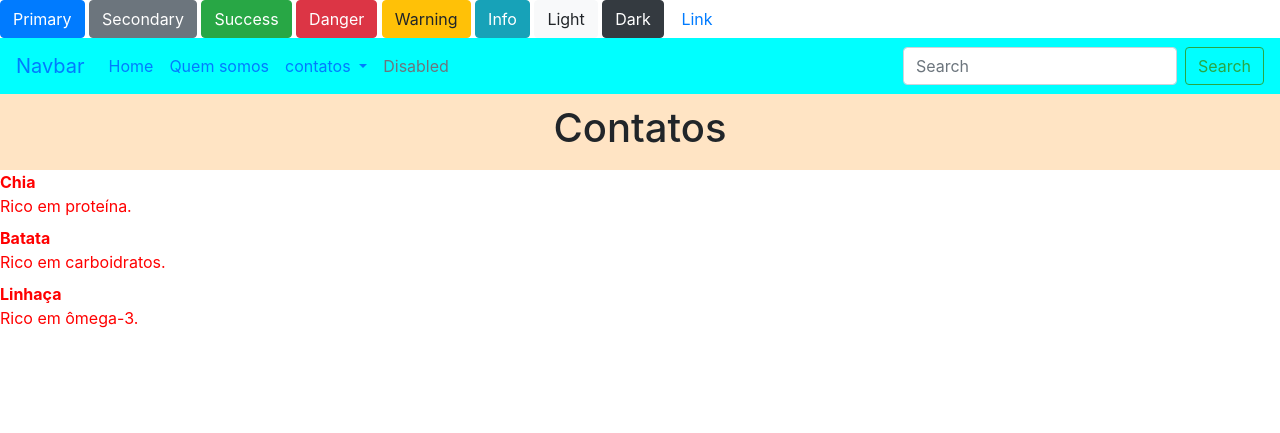
Repository: DaniloBaracho/bootstrap
Page: index.html
These files come from the project's save history. The page is drawn as it stood at one moment and after the next save; the edit follows.
The browser window is 1280 px wide. The pictures show the whole page.

Above is the page before, as saved 2020-05-31 17:38:26.

### index.html
<!DOCTYPE html>
<html lang="pt-br">
    <head>
        <meta charset="utf-8">
        <title>
            Usando bootstrap
        </title>
        <link rel="stylesheet", type="text/css", href="bootstrap/css/bootstrap.min.css">
        <link rel="stylesheet", type="text/css", href="css/style.css">
    </head>
    <body>
        <button type="button" class="btn btn-primary">Primary</button>
        <button type="button" class="btn btn-secondary">Secondary</button>
        <button type="button" class="btn btn-success">Success</button>
        <button type="button" class="btn btn-danger">Danger</button>
        <button type="button" class="btn btn-warning">Warning</button>
        <button type="button" class="btn btn-info">Info</button>
        <button type="button" class="btn btn-light">Light</button>
        <button type="button" class="btn btn-dark">Dark</button>
        <button type="button" class="btn btn-link">Link</button>
        <nav class="navbar navbar-expand-lg">
            <a class="navbar-brand" href="#">Navbar</a>
            <button class="navbar-toggler" type="button" data-toggle="collapse" data-target="#navbarSupportedContent" aria-controls="navbarSupportedContent" aria-expanded="false" aria-label="Toggle navigation">
              <span class="navbar-toggler-icon"></span>
            </button>

            <div class="collapse navbar-collapse" id="navbarSupportedContent">
              <ul class="navbar-nav mr-auto">
                <li class="nav-item active">
                  <a class="nav-link" href="#">Home <span class="sr-only">(current)</span></a>
                </li>
                <li class="nav-item">
                  <a class="nav-link" href="#">Quem somos</a>
                </li>
                <li class="nav-item dropdown">
                  <a class="nav-link dropdown-toggle" href="contatos" id="navbarDropdown" role="button" data-toggle="dropdown" aria-haspopup="true" aria-expanded="false">
                    contatos
                  </a>
                  <div class="dropdown-menu" aria-labelledby="navbarDropdown">
                    <a class="dropdown-item" href="#">Parceiros</a>
                    <a class="dropdown-item" href="#">Serviços</a>
                    <div class="dropdown-divider"></div>
                    <a class="dropdown-item" href="#">Something else here</a>
                  </div>
                </li>
                <li class="nav-item">
                  <a class="nav-link disabled" href="#" tabindex="-1" aria-disabled="true">Disabled</a>
                </li>
              </ul>
              <form class="form-inline my-2 my-lg-0">
                <input class="form-control mr-sm-2" type="search" placeholder="Search" aria-label="Search">
                <button class="btn btn-outline-success my-2 my-sm-0" type="submit">Search</button>
              </form>
            </div>
          </nav>
        <section id="contato">
          <div class="container-fluid contatos text-center margin">
            <h1>Contatos</h1>
          </div>
        </section>
        <dl>
          <dt>Chia</dt><dd>Rico em proteína.</dd>
          <dt>Batata</dt><dd>Rico em carboidratos.</dd>
          <dt>Linhaça</dt><dd>Rico em ômega-3.</dd>
          </dl>
    </body>
</html>

### css/style.css
.navbar{
    background-color: aqua;
}
.contatos{
    background-color: bisque;
}
.margin{
     padding-top: 10px;
     padding-bottom: 10px;
     /*margin-top: 30px*/
}

dl{color:red}

Loaded but not shown: bootstrap/css/bootstrap.min.css (library)

After the next save:
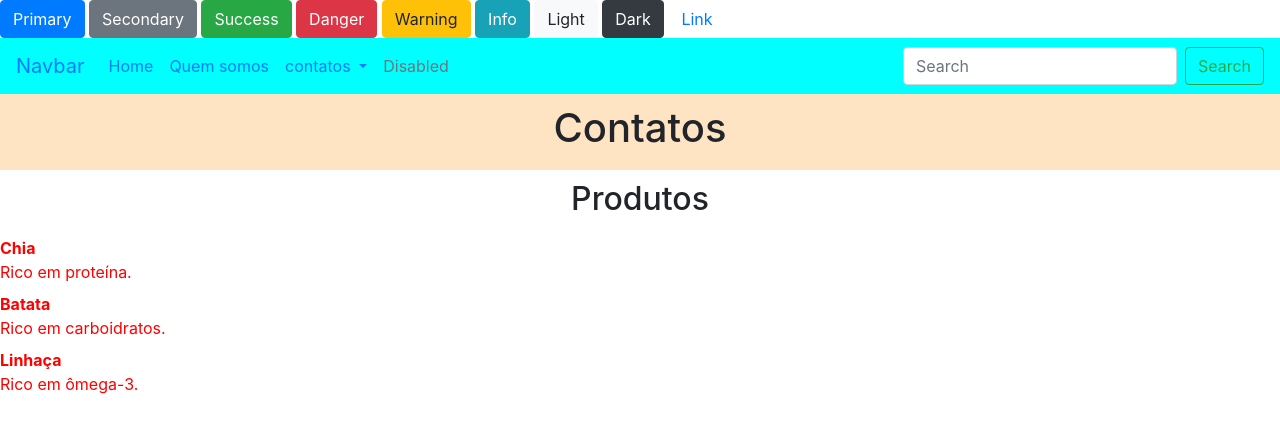
Saved 47 h 43 min later.
--- a/index.html
+++ b/index.html
@@ -57,6 +57,13 @@
           <div class="container-fluid contatos text-center margin">
             <h1>Contatos</h1>
           </div>
+        <selection id="produtos">
+          <div class="container-fluid text-center margin">
+            <h2>Produtos</h2>
+          </div>
+        </selection>
+
+
         </section>
         <dl>
           <dt>Chia</dt><dd>Rico em proteína.</dd>
